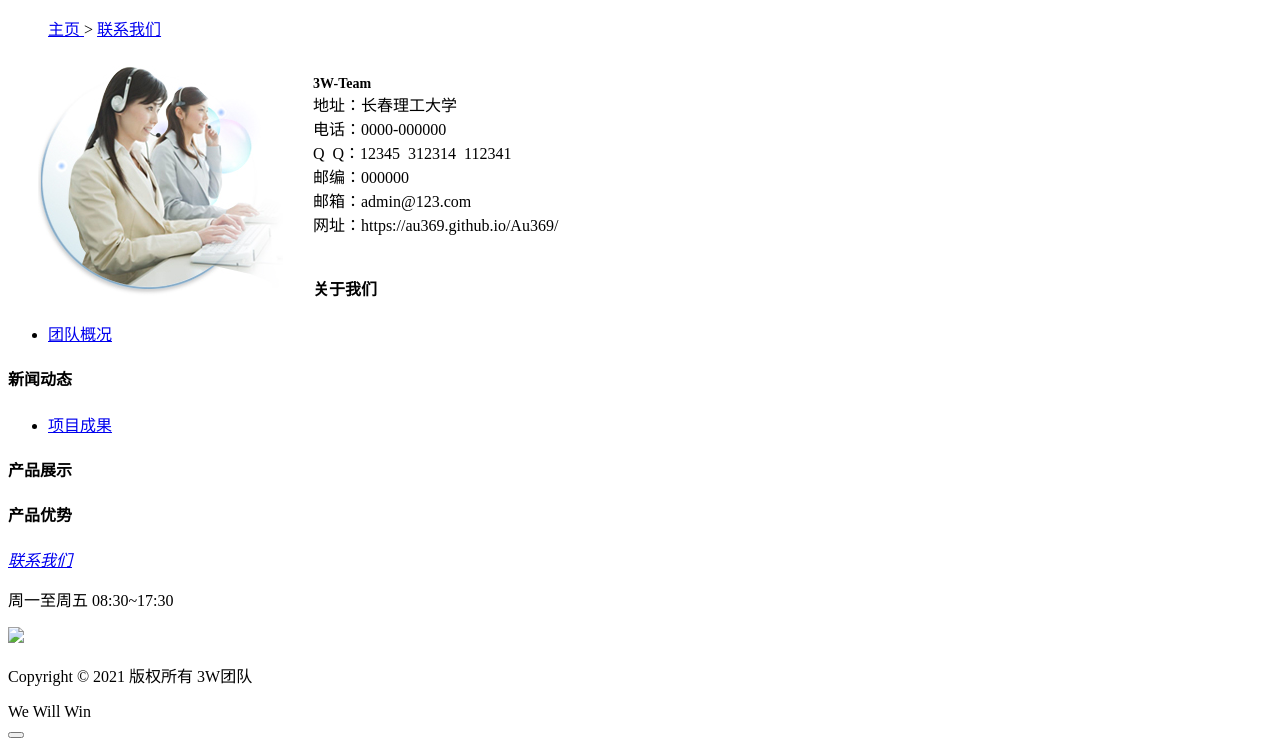
Repository: Au369/Au369
Page: contact.html
These files come from the project's save history. The page is drawn as it stood at one moment and after the next save; the edit follows.
The browser window is 1280 px wide. The pictures show the part of the page from y = 508 to 1255 px (the page is 1255 px tall).
The page's requests for data from a server got no answer.

Above is the page before, as saved 2021-06-07 11:09:44.

After the next save:
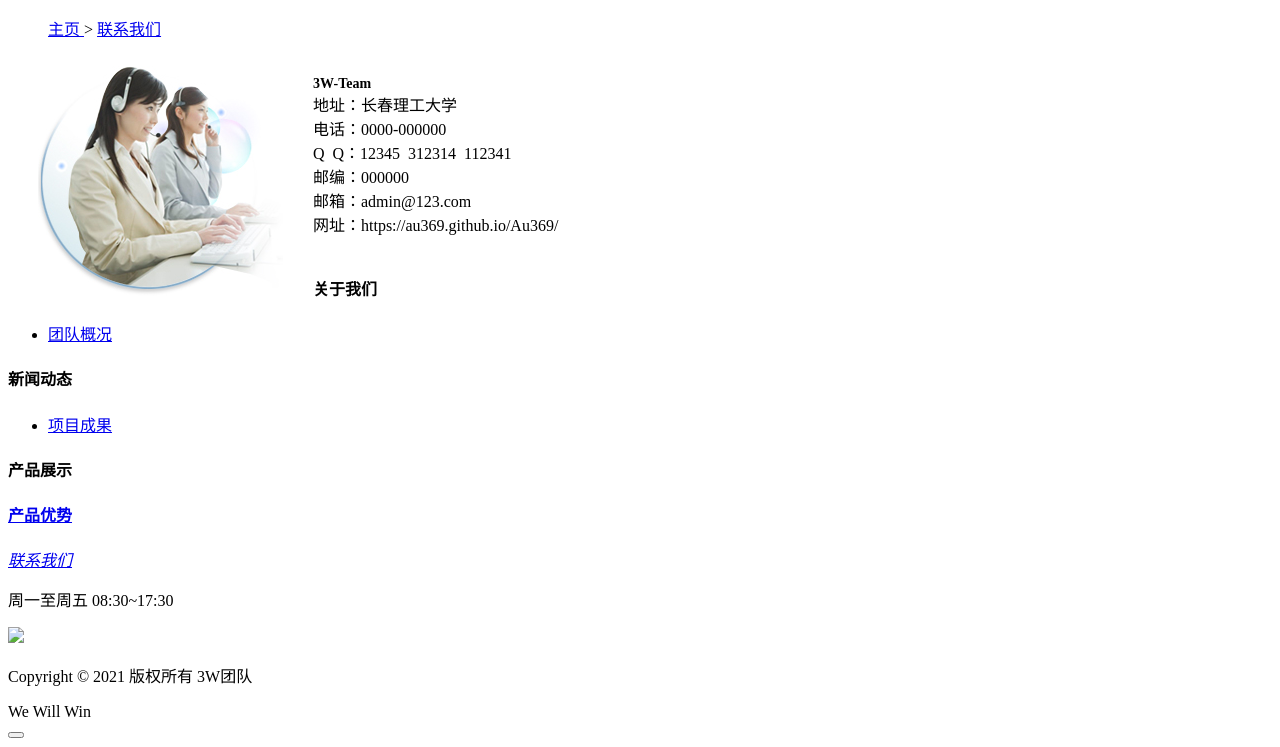
Saved 37 s later.
--- a/contact.html
+++ b/contact.html
@@ -200,7 +200,7 @@
                 </div>
             </div>
         </section>
-          <div class="met-footnav text-center">
+             <div class="met-footnav text-center">
             <div class="container">
                 <div class="row mob-masonry">
                     <div class="col-md-2 col-sm-3 col-xs-6 list masonry-item">
@@ -265,7 +265,9 @@
                     </div>
                     <div class="col-md-2 col-sm-3 col-xs-6 list masonry-item">
                         <h4>
+                        <a href="case.html" title="产品优势">
                             产品优势
+                        </a>
                         </h4>
                         <ul>
                         </ul>
